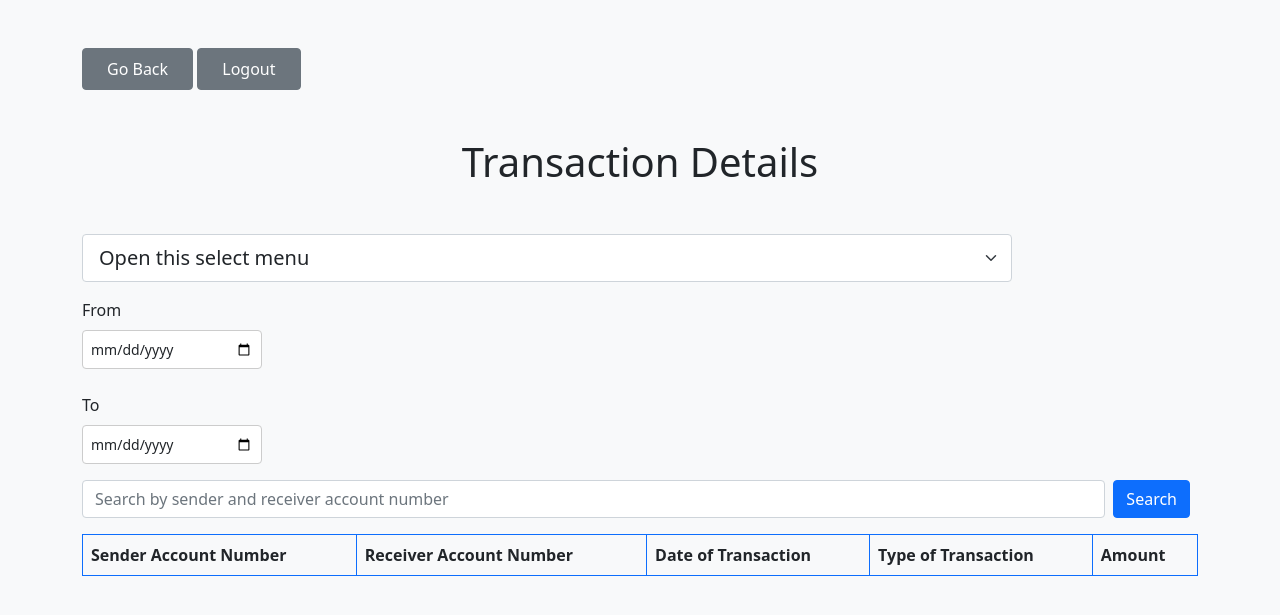
Repository: valletivarish/monojsp
Page: http://localhost/11-bank-application/view-transactions.jsp
The author's editor kept a copy of each file at every save. The page is drawn from the files as they stood at one save, then again after the next save.
The browser window is 1280 px wide. The pictures show the whole page.
The page is served by Tomcat 9. The template is opened directly, without the code that normally fills it, so the values that code supplies are empty.

Above is the page before, as saved 2024-07-22 09:40:34.

After the next save:
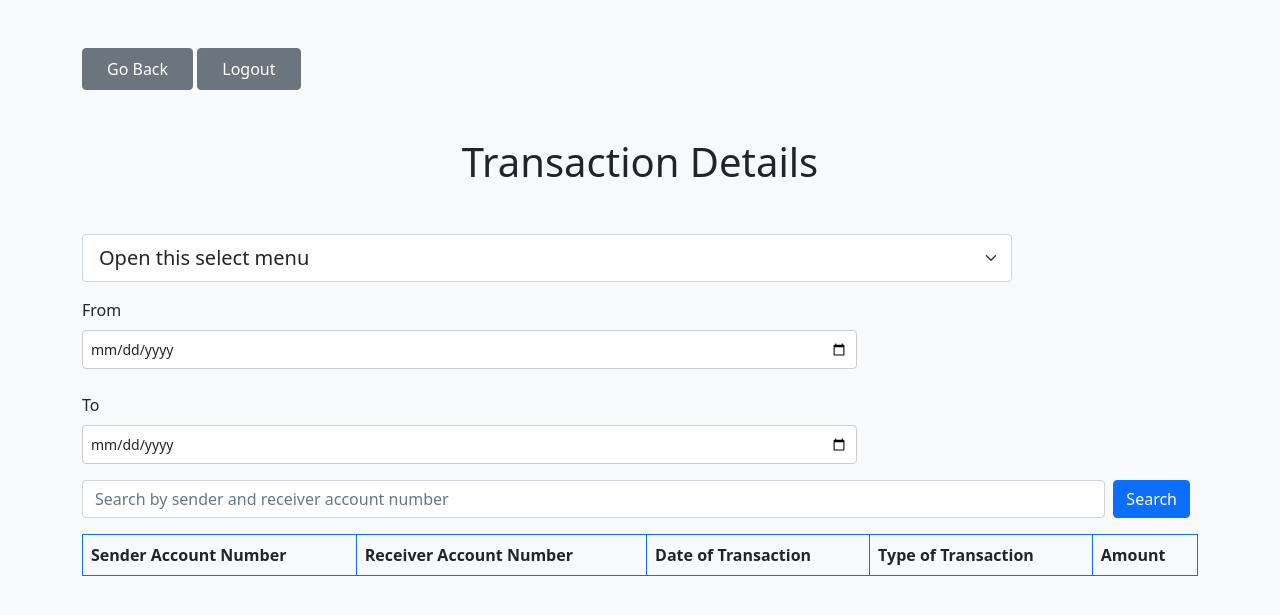
Saved 2 min 43 s later.
--- a/11-bank-application/WebContent/view-transactions.jsp
+++ b/11-bank-application/WebContent/view-transactions.jsp
@@ -19,7 +19,7 @@
 	src="https://cdn.jsdelivr.net/npm/bootstrap@5.0.2/dist/js/bootstrap.bundle.min.js"
 	integrity="sha384-MrcW6ZMFYlzcLA8Nl+NtUVF0sA7MsXsP1UyJoMp4YLEuNSfAP+JcXn/tWtIaxVXM"
 	crossorigin="anonymous"></script>
-	<style>
+    <style>
         /* Style for date input */
         input[type="date"] {
             padding: 8px;
@@ -27,7 +27,7 @@
             border-radius: 4px;
             box-sizing: border-box;
             font-size: 14px; /* Adjust font size as needed */
-            width: 180px; /* Adjust width as needed */
+            width: 100%; /* Adjust width as needed */
         }
     </style>
 </head>
